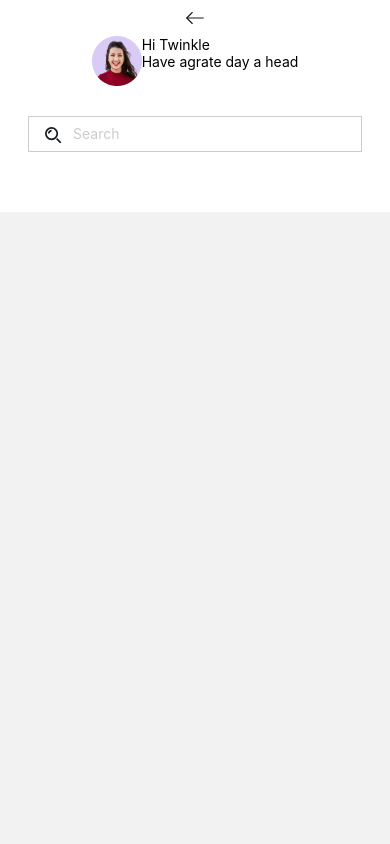
Repository: tungcutte35/TH_ReactNative_Tuan7
Screen: /Todos
The author's editor kept a copy of each file at every save. The screen is drawn from the files as they stood at one save, then again after the next save.
The app was drawn by React Native's web renderer in a window 390 px wide. The project was rebuilt for these pictures with package versions that can differ from the ones it lists, and the page was loaded fresh each time.

Above is the screen before, as saved 2023-10-30 16:59:49.

### App.js
import { NavigationContainer } from "@react-navigation/native";
import { createNativeStackNavigator } from "@react-navigation/native-stack";

import { StatusBar } from "expo-status-bar";
import { StyleSheet, Text, View } from "react-native";
import Home from "./components/Home";
import Todos from "./components/Todos";

export default function App() {
  const Stack = createNativeStackNavigator();
  return (
    <NavigationContainer>
      <Stack.Navigator>
        <Stack.Screen
          name="Home"
          component={Home}
          options={{
            headerShown: false,
          }}
        />
        <Stack.Screen
          name="Todos"
          component={Todos}
          options={{
            headerShown: false,
          }}
        />
      </Stack.Navigator>
    </NavigationContainer>
  );
}

const styles = StyleSheet.create({
  container: {
    flex: 1,
    backgroundColor: "#fff",
    alignItems: "center",
    justifyContent: "center",
  },
});

### components/Home.js
import React from "react";
import {
  Image,
  Pressable,
  StyleSheet,
  Text,
  TextInput,
  View,
} from "react-native";
import { Img } from "../assets/img.png";
const Home = ({ navigation }) => {
  return (
    <View style={styles.container}>
      <View style={styles.img}>
        <Image style={styles.img} source={require("../assets/img.png")} />
      </View>
      <Text style={styles.text}> MANAGE YOUR TASK</Text>
      <View style={styles.viewInput}>
        <TextInput placeholder="Enter your name" style={styles.input} />
        <Image style={styles.img1} source={require("../assets/Frame.svg")} />
      </View>
      <Pressable
        style={styles.btn}
        onPress={() => navigation.navigate("Todos")}
      >
        <Text style={styles.text1}>GET STARTED</Text>
      </Pressable>
    </View>
  );
};

const styles = StyleSheet.create({
  container: {
    flex: 1,
    justifyContent: "center",
    alignItems: "center",
    backgroundColor: "#fff",
  },
  img: {
    marginBottom: 42,
    width: 271,
    height: 271,
  },
  img1: {
    width: 20,
    height: 20,
    position: "absolute",
    top: 9,
    left: 15,
  },
  text: {
    fontSize: 24,
    color: "rgba(131, 83, 226, 1)",
    fontWeight: 700,
    maxWidth: 200,
    textAlign: "center",
    marginBottom: 60,
  },
  viewInput: {
    marginHorizontal: 27,
    marginBottom: 60,
  },
  input: {
    paddingLeft: 44,
    paddingRight: 166,
    paddingTop: 8,
    paddingBottom: 9,
    border: "1px solid #ccc",
    color: "#ccc",
    width: 334,
  },
  btn: {
    backgroundColor: "rgba(0, 189, 214, 1)",
    paddingHorizontal: 30,
    paddingVertical: 9,
    borderRadius: 10,
  },
  text1: {
    color: "#fff",
    fontSize: 18,
  },
});
export default Home;

### components/Todos.js
import React from "react";
import { TextInput } from "react-native";
import { Image, StyleSheet, Text, View } from "react-native";

const Todos = () => {
  return (
    <View style={styles.container}>
      <Image style={styles.img1} source={require("../assets/btnBack.svg")} />
      <View style={styles.view1}>
        <Image style={styles.img2} source={require("../assets/avt.png")} />

        <View style={styles.vText}>
          <Text style={styles.text1}>Hi Twinkle</Text>
          <Text style={styles.text2}>Have agrate day a head</Text>
        </View>
      </View>
      <View style={styles.viewInput}>
        <TextInput placeholder="Search" style={styles.input} />
        <Image style={styles.img3} source={require("../assets/search.svg")} />
      </View>
    </View>
  );
};
const styles = StyleSheet.create({
  container: {
    // flex: 1,
    backgroundColor: "#fff",
    alignItems: "center",
    justifyContent: "center",
  },
  view1: {
    flexDirection: "row",
    marginBottom: 30,
  },
  img1: {
    width: 36,
    height: 36,
  },
  img2: {
    width: 50,
    height: 50,
  },
  img3: {
    width: 20,
    height: 20,
    position: "absolute",
    top: 9,
    left: 15,
  },

  viewInput: {
    marginHorizontal: 27,
    marginBottom: 60,
  },
  input: {
    paddingLeft: 44,
    paddingRight: 166,
    paddingTop: 8,
    paddingBottom: 9,
    border: "1px solid #ccc",
    color: "#ccc",
    width: 334,
  },
});
export default Todos;

After the next save:
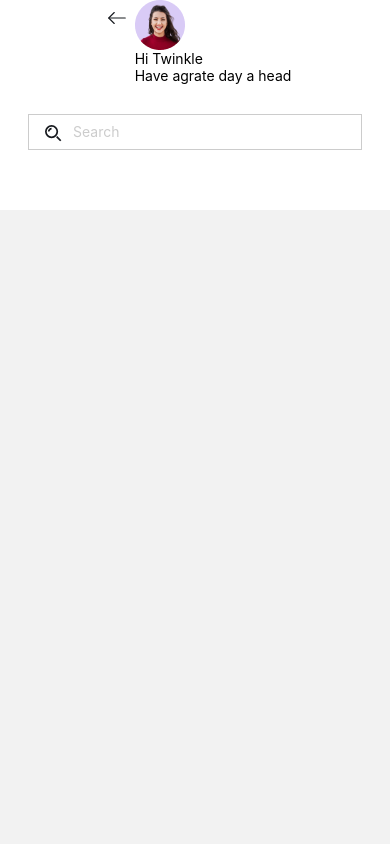
Saved 42 s later.
--- a/components/Todos.js
+++ b/components/Todos.js
@@ -5,11 +5,13 @@ import { Image, StyleSheet, Text, View } from "react-native";
 const Todos = () => {
   return (
     <View style={styles.container}>
+
+      <View style={styles.view1}>
       <Image style={styles.img1} source={require("../assets/btnBack.svg")} />
-      <View style={styles.view1}>
-        <Image style={styles.img2} source={require("../assets/avt.png")} />
+
 
         <View style={styles.vText}>
+        <Image style={styles.img2} source={require("../assets/avt.png")} />
           <Text style={styles.text1}>Hi Twinkle</Text>
           <Text style={styles.text2}>Have agrate day a head</Text>
         </View>
